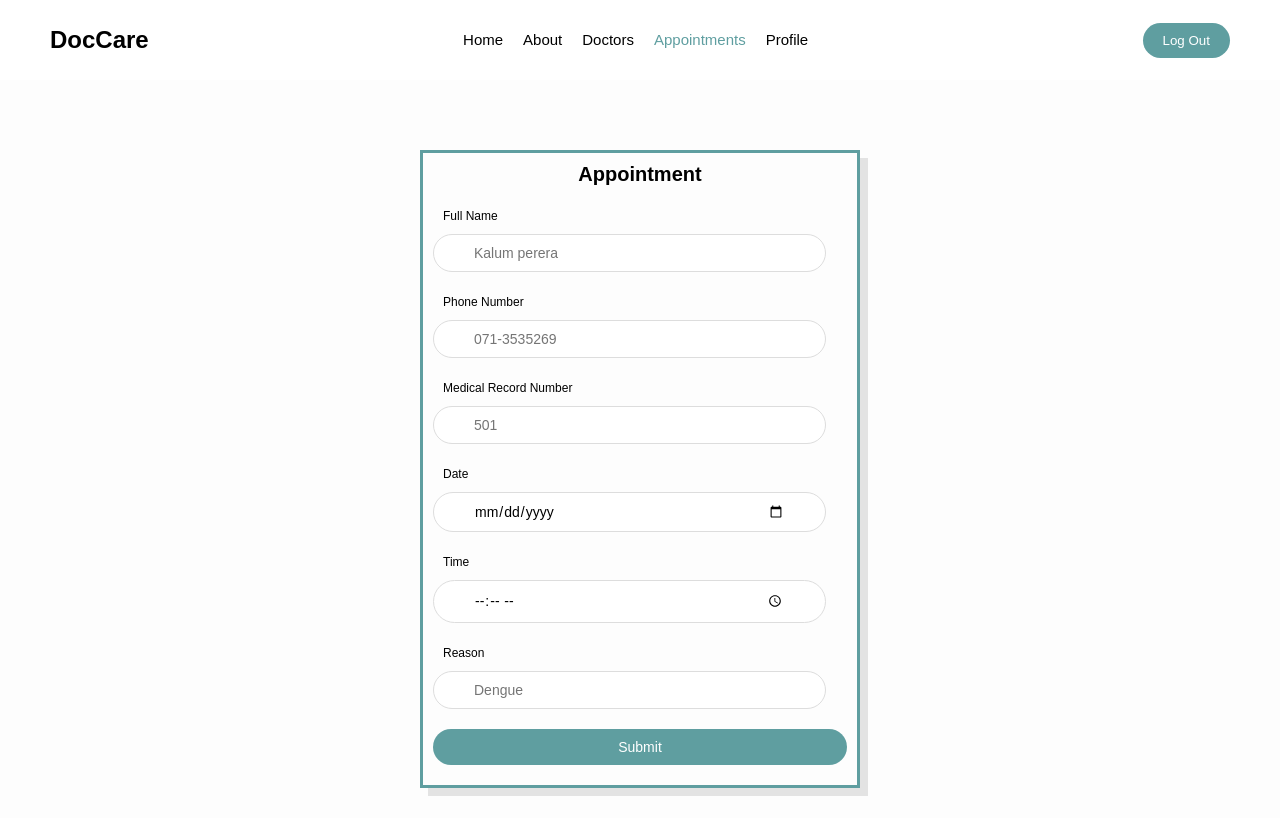
Repository: MonaliWatareka/echanneling
Page: http://localhost/PatientDemo/InsertAppointment.jsp
An editor plug-in stored every save of this project. The page is shown before and after the next save, followed by the edit.
The browser window is 1280 px wide. The pictures show the whole page.
The page is served by Tomcat 10. Other server files are loaded and not shown.

Above is the page before, as saved 2024-10-13 05:39:10.

### Project/PatientDemo/src/main/webapp/InsertAppointment.jsp
<%@ page language="java" contentType="text/html; charset=UTF-8"
    pageEncoding="UTF-8"%>
<!DOCTYPE html>
<html>
<head>
<meta charset="UTF-8">
<meta name="viewport" content="width=device-width, initial-scale=1.0">
<title>Make Appointment</title>
<link rel="stylesheet" href="${pageContext.request.contextPath}/css/insert.css">
</head>
<body>
<!-- Navigation Bar -->
    <div class="nav">
        <div class="nav-logo">
            <p>DocCare</p>
        </div>
        <div class="nav-menu">
            <ul>
                <li><a href="Home.jsp" class="link " >Home</a></li>
                    <li><a href="About.jsp" class="link ">About</a></li>
                    <li><a href="AvailabilityDisplayServlet" class="link ">Doctors</a></li>
                    <li><a href="#" class="link active">Appointments</a></li>
                    <li><a href="PatientAccServlet" class="link ">Profile</a></li>
            </ul>
        </div>
        <div class="nav-button">
                    <form action="logoutServlet" method="get">
                        <button type="submit" class="btn">Log Out</button>
                    </form>
                </div>
    </div>
     <div class="wrapper">
     	<div class="form-box">
     		<div class="form-container">
     			<header>Appointment</header>
				<form action="insert" method="post">
					<div class="input-box">
						<label>Full Name</label><br>
						<input type="text" class="input-field" name="name" placeholder="Kalum perera" required>
					</div>

					<div class="input-box">
						<label>Phone Number</label><br>
						<input type="text" class="input-field" name="phone" placeholder="071-3535269" required>
					</div>

					<div class="input-box">
						<label>Medical Record Number</label><br>
						<input type="text" class="input-field" name="record" placeholder="501" required>
					</div>

					<div class="input-box">
						<label>Date</label><br>
						<input type="date" class="input-field" name="date" required>
					</div>

					<div class="input-box">
						<label>Time</label><br>
						<input type="time" class="input-field" name="time" required>
					</div>

					<div class="input-box">
						<label>Reason</label><br>
						<input type="text" class="input-field" name="reason" placeholder="Dengue" required>
					</div>

					<div class="input-box">
						<input type="submit" class="submit" name="submit" value="Submit">
					</div>
				</form>
			</div>
		</div>
	</div>

</body>
</html>

### Project/PatientDemo/src/main/webapp/css/insert.css

* {
    margin: 0;
    padding: 0;
    box-sizing: border-box;
    font-family: 'Arial', sans-serif;
}

body {

    background-color: #fdfdfd;
    display: flex;
    flex-direction: column;
    justify-content: flex-start;
    align-items: center;
    height: 100vh;
}

/* Navigation Bar */
.nav {
    width: 100%;
    height: 80px;
    background:rgb(255, 255, 255);
    display: flex;
    justify-content: space-between;
    align-items: center;
    padding: 0 50px;
    position: fixed;
    top: 0;
    left: 0;
    z-index: 100;
}

.nav-logo p {
    color: #000000;
    font-size: 24px;
    font-weight: bold;
}

.nav-menu ul {
    list-style: none;
    display: flex;
}

.nav-menu ul li {
    margin-right: 20px;
}

.nav-menu ul li a {
    color: #000000;
    text-decoration: none;
    font-size: 15px;
    transition: color 0.3s ease;
}

.nav-menu ul li a:hover,
.nav-menu ul li a.active {
    color:cadetblue;
}

.nav-button .btn {
    background-color: cadetblue;
    color: #fff;
    padding: 10px 20px;
    border: none;
    cursor: pointer;
    border-radius: 30px;
    transition: background-color 0.3s ease;
}

.nav-button .btn:hover {
    background-color: lightblue;
}

/* Wrapper and Form Styles */
.wrapper {

    width: 90%;
    max-width: 500px;
    padding: 30px;
    border: none;
    position: relative;
    margin-top: 120px;
    display: flex;
    justify-content: center;
    align-items: center;
    flex-direction: column;

}

.form-box {
    width: 100%;
    position: relative;

}

header {
    font-size: 20px;
    margin-top: 10px;
    font-weight: bold;
    margin-bottom: 20px;
    text-align: center;
}
label{
    font-size: 12px;
    margin-left: 10px;

}
.input-box {
    position: relative;

    margin-bottom: 20px;
}

.input-box i {
    position: absolute;
    left: 10px;
    top: 20px;
    color: #888;
}

.input-field {
    width: 95%;
    margin-top: 10px;
    padding: 10px 40px;
    border: 1px solid #ddd;
    border-radius: 25px;
    font-size: 14px;
}

.submit {
    width: 100%;
    padding: 10px;
    background-color: cadetblue;
    color: #fff;
    border: none;
    border-radius: 25px;
    cursor: pointer;
    font-size: 14px;
    transition: background-color 0.3s ease;
}

.submit:hover {
    background-color: lightblue;
}

.login-container,
.register-container {
    display: none;
    position: absolute;
    width: 100%;
    border: cadetblue solid;
    border-radius: 25px;
    padding: 20px;
    box-shadow: 8px 8px rgba(0, 0, 0, 0.1);

}
.form-container{

    width: 100%;
    max-width: 500px;
    margin: 0 auto;
    border: cadetblue solid;

    padding: 20px;
    box-shadow: 8px 8px rgba(0, 0, 0, 0.1);
    display: flex;
    flex-direction: column;
    padding: 0 10px;

}


.login-container.active,
.register-container.active {
    display: block;

}

span {

    font-size: 20px;
    display: block;
    margin-bottom: 20px;
    text-align: center;
}

span a {
    color: cadetblue;
    cursor: pointer;
    text-decoration: none;
}

span a:hover {
    text-decoration: underline;
}

@media (max-width: 768px) {
    .nav {
        padding: 0 20px; /* Reduced padding for smaller screens */
        height: 60px; /* Adjusted height */
    }

    .nav-logo p {
        font-size: 20px; /* Smaller font size for logo */
    }

    .nav-menu ul li {
        margin-right: 10px; /* Reduced margin for menu items */
    }

    .nav-menu ul li a {
        font-size: 10px; /* Smaller font size for links */
    }

    .wrapper {
        width: 90%;
        margin-top: 100px; /* Adjust margin to fit screen */
    }

    header {
        font-size: 24px; /* Smaller font size for header */
    }

    .input-field {
        font-size: 14px; /* Smaller font size for input fields */
    }

    .submit {
        font-size: 14px; /* Smaller font size for submit button */
    }

    span {
        font-size: 15x; /* Smaller font size for span */
    }
}

@media (max-width: 480px) {
    .nav {
        padding: 0 10px; /* Further reduced padding for very small screens */
        height: 50px; /* Adjusted height */
    }

    .nav-logo p {
        font-size: 18px; /* Even smaller font size for logo */
    }

    .nav-menu ul li {
        margin-right: 5px; /* Further reduced margin for menu items */
    }

    .nav-menu ul li a {
        font-size: 8px; /* Even smaller font size for links */
    }

    .wrapper {
        margin-top: 80px; /* Further adjusted margin */
    }

    header {
        font-size: 20px; /* Smaller font size for header */
    }

    .input-field {
        font-size: 12px; /* Smaller font size for input fields */
    }

    .submit {
        font-size: 12px; /* Smaller font size for submit button */
    }

    span {
        font-size: 18px; /* Smaller font size for span */
    }
}

After the next save:
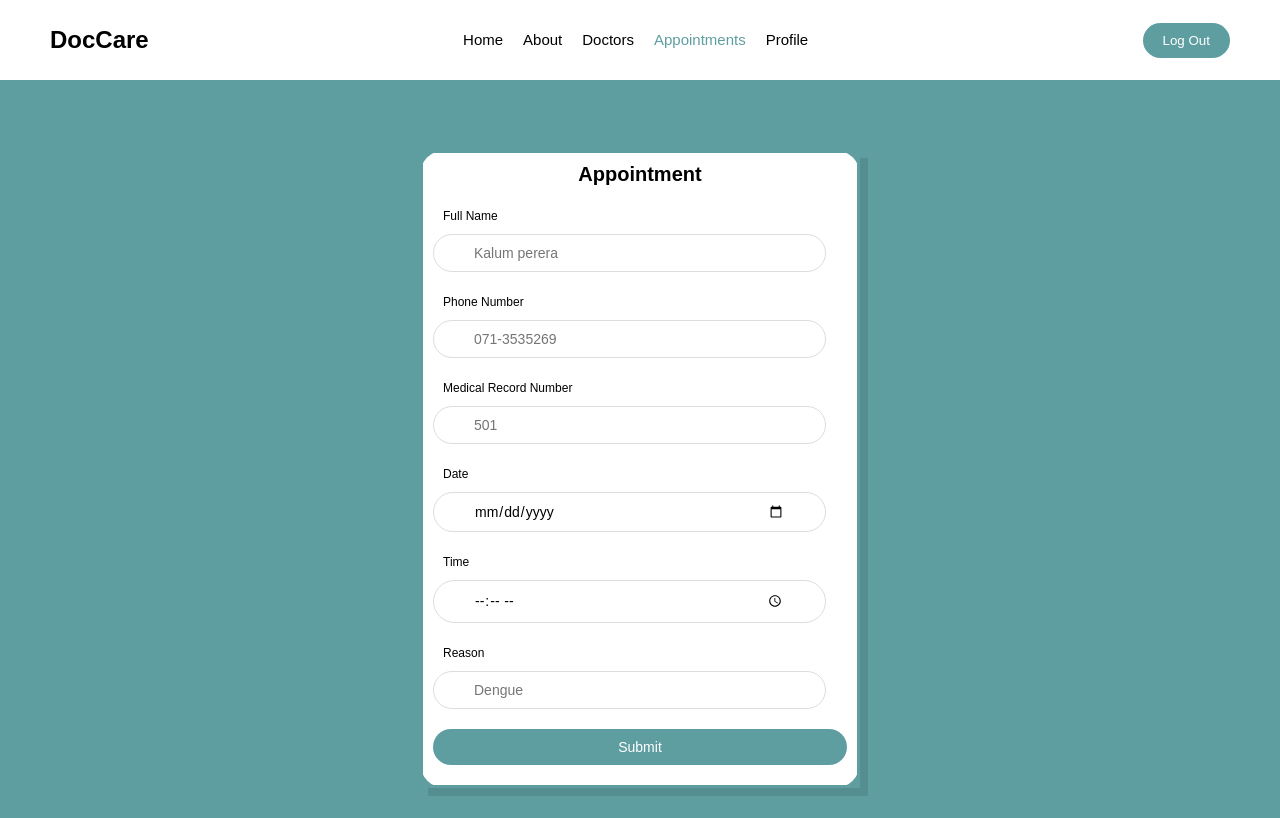
Saved 64 s later.
--- a/Project/PatientDemo/src/main/webapp/InsertAppointment.jsp
+++ b/Project/PatientDemo/src/main/webapp/InsertAppointment.jsp
@@ -7,6 +7,20 @@
 <meta name="viewport" content="width=device-width, initial-scale=1.0">
 <title>Make Appointment</title>
 <link rel="stylesheet" href="${pageContext.request.contextPath}/css/insert.css">
+
+<style>
+
+          body {
+            background-color:  cadetblue;
+
+        }
+        .form-box{
+         background-color: #fff;
+         border: black;
+         border-radius: 25px;
+        }
+
+    </style>
 </head>
 <body>
 <!-- Navigation Bar -->
